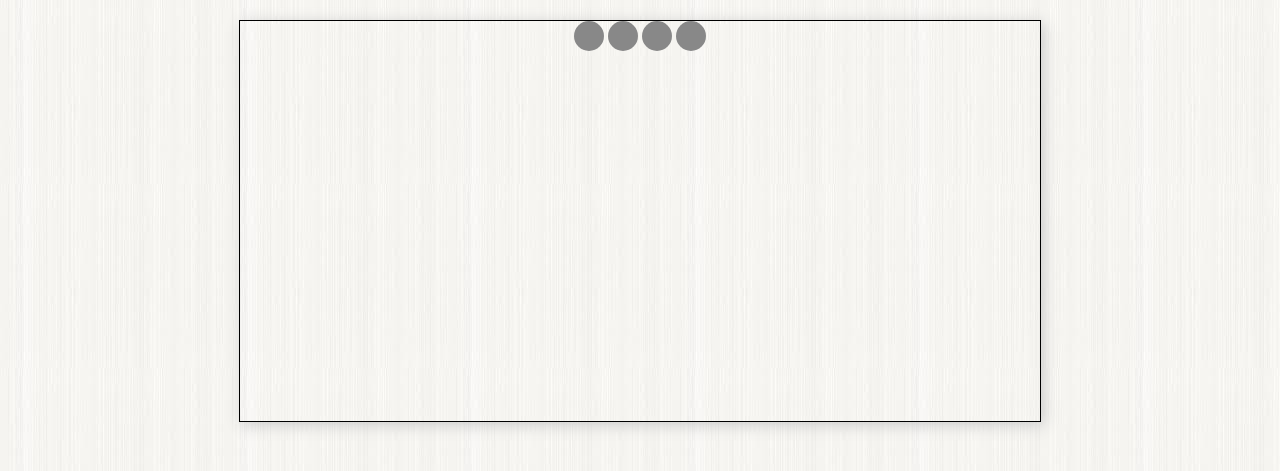
Repository: lauroPereira/study
Page: http://localhost/modules/home/home.php
These files come from the project's save history. The page is drawn as it stood at one moment and after the next save; the edit follows.
The browser window is 1280 px wide. The pictures show the whole page.
The page is run by PHP 8.4 with error messages shown; the project is at /var/www/html/.

Above is the page before, as saved 2016-06-14 04:27:50.

### TrabalhoFinalWeb/modules/home/home.php
<!DOCTYPE html>
<html>
<head>
<title>Trabalho 1 de programação Web</title>
<meta charset="UTF-8">
<meta name="description" content="Site da empresa imobiliaria">
<meta name="author" content="Lauro Pereira">
<link href="../../css/style.css" rel="stylesheet">
<link href="../../css/home.css" rel="stylesheet">
<link
	href="http://fonts.googleapis.com/css?family=Open+Sans&subset=latin,latin-ext"
	rel='stylesheet' type='text/css'>
</head>
<body>
	<div id="carousel">
		<div class="tag"></div>
		<div class="tag"></div>
		<div class="tag"></div>
		<div class="tag"></div>
	</div>
</body>
<script src="../../js/script.js" lang'="text/javascript"></script>
</html>

### TrabalhoFinalWeb/css/style.css
body{
    background-image: url("../img/background.jpg");
}
*{
    font-family: 'Open Sans', sans-serif;
}

input, textarea{
    background-color: #EFEFFF;
}
.central{
    width: 70%;
    margin: 0 auto;
}

.comFundo{
    position: relative;
    background-color: rgba(58, 74, 149, 0.5);
    border-radius: 10px;
    z-index: 1;
}

h2{
    margin-top: 5em;
}
#barraSup{
    text-align: right;
    padding-right: 3em;
    background-image: linear-gradient( to top right, #CCC 5%, #3A4A95 95%);
    margin-top:-0.5em;
    padding-bottom: 0.5em;
    padding-top: 0.7em;
}

#barraSup{
    color: #D8D8D8;
}

#barraSup a:hover{
    color: orangered;
    text-decoration: none;
}
#logo{
    text-align: left;
    background-color: #fafafa;
    padding-left: 20px;
}

#logo > div > img[alt=logotipo]{
    display: inline-block;
    float: left;
    margin-top: 8px;
}

#meio{
    margin-top: -0.5em;
    float: right;
    display: inline-block;
    width: 900px;
    text-align: right;
}

#carrinho {
    vertical-align: top;
    display: inline-block;
}

#carrinho > a > img[alt~=carrinho]{
    margin-right: 2em;
    max-width: 30px;
}

#carrinho > pre{
    margin: 0 1em 0 0;
}

#logo + hr {
    margin-top: 0;
}

#busca {
    color: #D8D8D8;
    display: inline-block;
    background-image: linear-gradient( to top left, #3A4A95 10%, #CCC 98%);
    padding: 0.5em 1em 1em 1em;
    border-radius: 0 0 20px 5px;
}
#busca button{
    padding: 1px;
    text-align: center;
}
#busca button img{
    width: 15px;
    height: 15px;
}
ul{
   display: inline-block;
   vertical-align: bottom;
}
ul li{
    display: inline;
}

ul li a{
    text-decoration: none;
    color: #3A4A95;
    font-size: 18px;
    font-weight: bolder;
    margin-bottom: 1em;
    padding: 10px;
}

ul li a:hover{
    font-style: italic;
    text-decoration: none;
    color: orangered;
}

#destaques{
    margin-top: 50px;
}

#destaques h2{
    margin-bottom: 0px;
}

#tipoProd{
    margin-top: 0px;
}

#destaques img[alt^=produto] {
    margin-top: 20px;
    max-width: 100%;
}

.produto{
    display: inline-block;
    width: 20%;
    padding: 1%;
    margin: 6% 1% 0 1%;
}
.produto > pre{
    text-align: center;
}
.add{
    background-color: rgba(255,255,255, 0.6);
    border-radius: 10px;
    padding: 3px;
    position: absolute;
    z-index: 2;
    width: 40px;
    float: right;
}
.formulario{
    margin: 0 auto;
    padding: 20px;
    text-align: center;
    width: 50%;
}

.formulario div{
    line-height: 220%;
    text-align: left;
    display: inline-block;
    vertical-align: top;
}

.formulario input[type^=submit]{
    margin-left:1em;

}

.formulario input[type^=submit]{
    float: right;
    margin-top: 0.5em;
}


#rodape{
    margin-top: 2em;
    color: #888;
    padding: 2em 0 2em 0;
    background-color: #DDD;
}

#rodape div a{
    color: #888;
    font-weight: lighter;
}

#rodape div{
    position: relative;
    font-family: sans-serif;
    font-size: 14px;
}

#rodape div img{
    position: absolute;
    right: 0;
    top: -1.3em;
    height: 6em;
}

#descProduto label{
    font-weight: bold;
}

table{
    background-color: rgba(58, 74, 149, 0.5);
    padding: 2px;
    border: 2px dashed #3A4A95;
    text-align: center;
    table-layout: auto;
}

table + input{
    width: 10%;
    margin-left: 40%;
    margin-top: 10px;
    text-align: center;
}

#total{
    font-weight: bolder;
}

#conteudo{
	min-height:240px;
	width:95%;
	margin: 0 auto;
	margin-top:60px;
}

### TrabalhoFinalWeb/css/home.css
#carousel{
	box-shadow: 3px 3px 15px #ccc;
	border: 1px solid black;
	height:400px;
	width:800px;
	margin: 0 auto;
	margin-top: 20px;
	text-align: center;
	vertical-align: bottom;
}

#carousel div{
	height: 30px;
	width: 30px;
	border-radius: 50%;
	background-color: #888;
	display: inline-block;
	margin: 0 auto;
}

#carousel + div{
	margin-left: 50px;
}

Loaded but not shown: TrabalhoFinalWeb/js/script.js (no copy from this time; the picture is the same without it)

After the next save:
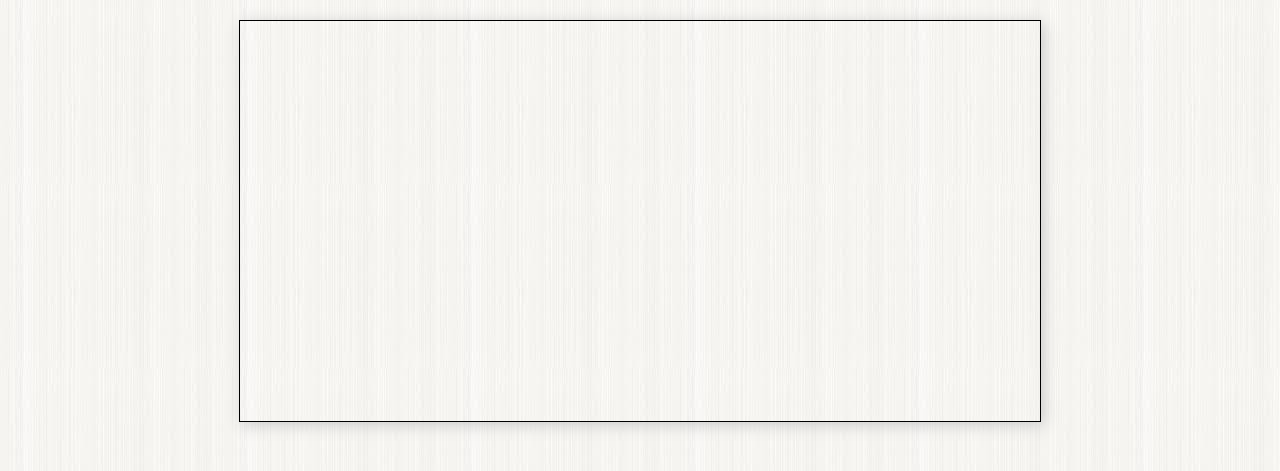
Saved 15 s later.
--- a/TrabalhoFinalWeb/css/home.css
+++ b/TrabalhoFinalWeb/css/home.css
@@ -14,7 +14,7 @@
 	width: 30px;
 	border-radius: 50%;
 	background-color: #888;
-	display: inline-block;
+	display: inline;
 	margin: 0 auto;
 }
 

After the save that followed:
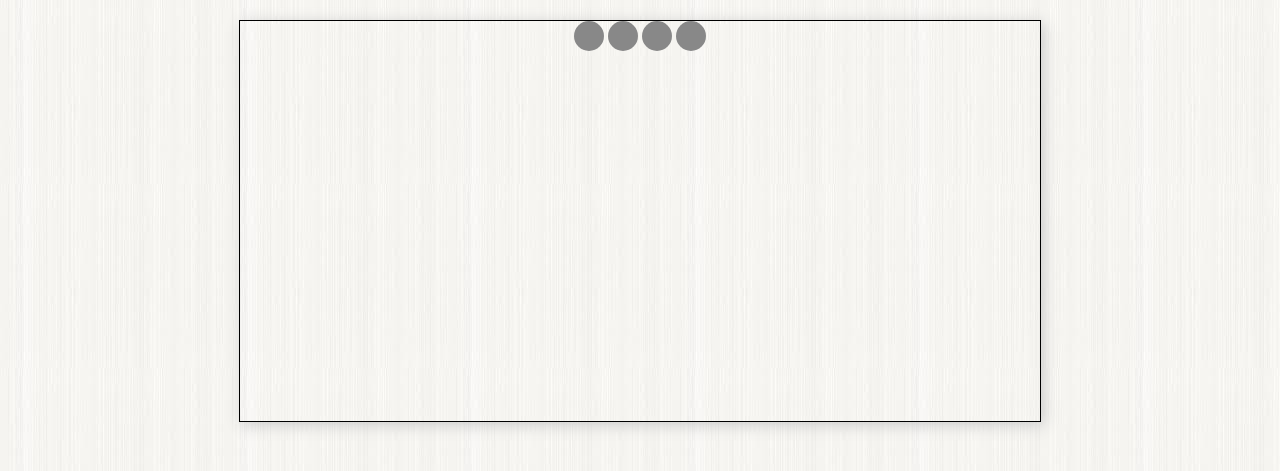
Saved 7 s later.
--- a/TrabalhoFinalWeb/css/home.css
+++ b/TrabalhoFinalWeb/css/home.css
@@ -14,7 +14,7 @@
 	width: 30px;
 	border-radius: 50%;
 	background-color: #888;
-	display: inline;
+	display: inline-block;
 	margin: 0 auto;
 }
 
